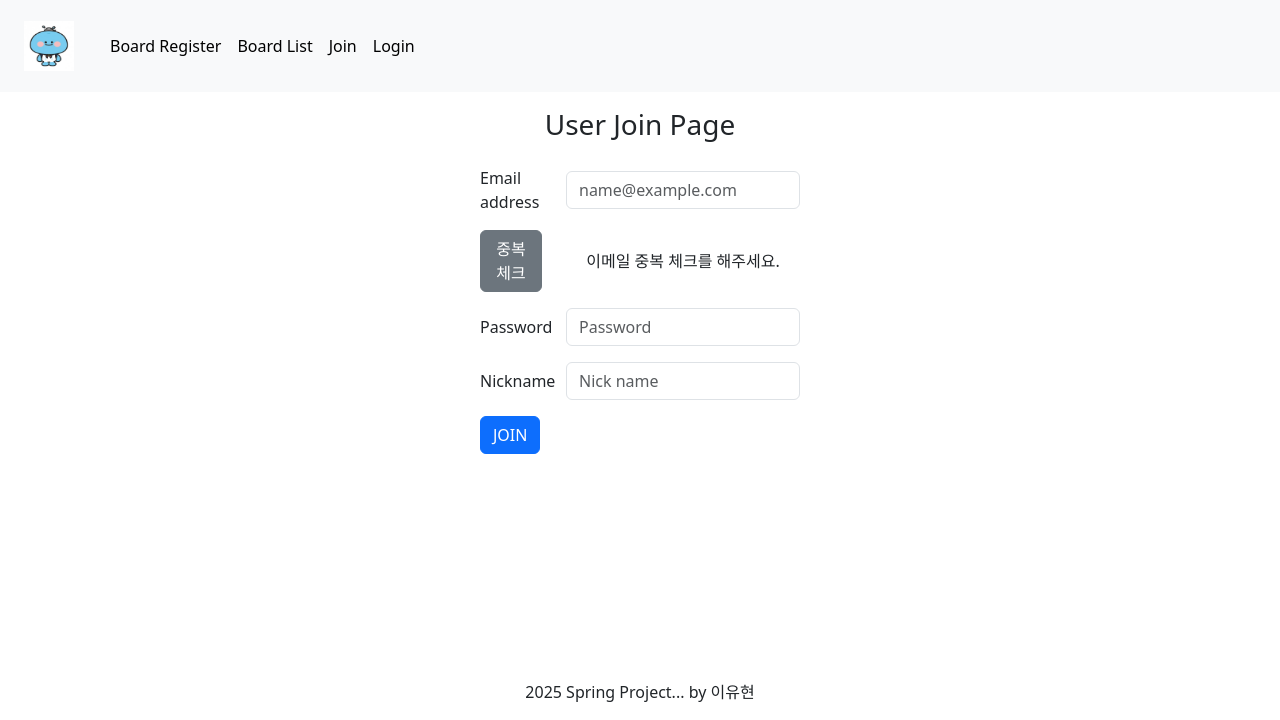
Repository: LeeYouHyeon/6.Spring
Page: http://localhost/spring_project/WEB-INF/views/user/register.jsp
An editor plug-in stored every save of this project. The page is shown before and after the next save, followed by the edit.
The browser window is 1280 px wide. The pictures show the whole page.
The page is served by Tomcat 9. Nobody is signed in. Other server files are loaded and not shown. The template is opened directly, without the code that normally fills it, so the values that code supplies are empty.

Above is the page before, as saved 2025-06-10 06:37:12.

### spring_project/src/main/webapp/WEB-INF/views/user/register.jsp
<%@ page language="java" contentType="text/html; charset=UTF-8" pageEncoding="UTF-8"%>
<%@ include file="../layout/header.jsp"%>
<%@ taglib uri="http://java.sun.com/jsp/jstl/core" prefix="c"%>

<div class="w-25 mt-3 mx-auto">
	<form action="/user/register" method="post" class="container mt-3 px-0">
		<h3 class="text-center">User Join Page</h3>
		<div class="mt-4 mb-3 row align-items-center">
			<div class="col-3">Email address</div>
			<div class="col-9">
				<input type="text"
					class="form-control"
					id="email"
					name="email"
					placeholder="name@example.com"
					required>
			</div>
		</div>
		<div class="mb-3 row align-items-center">
			<div class="col-3">
				<button type="button" id="emailCheckBtn" class="btn btn-secondary">중복 체크</button>
			</div>
			<div class="col-9 text-center" id="emailCheckStmt">이메일 중복 체크를 해주세요.</div>
		</div>
		<div class="mb-3 row align-items-center">
			<div class="col-3">Password</div>
			<div class="col-9">
				<input type="text"
					class="form-control"
					id="pwd"
					name="pwd"
					placeholder="Password"
					required>
			</div>
		</div>
		<div class="mb-3 row align-items-center">
			<div class="col-3">Nickname</div>
			<div class="col-9">
				<input type="text"
					class="form-control"
					id="nickName"
					name="nickName"
					placeholder="Nick name">
			</div>
		</div>
		<button type="submit" class="btn btn-primary">JOIN</button>
	</form>
</div>

<%@ include file="../layout/footer.jsp"%>

### spring_project/src/main/webapp/WEB-INF/views/layout/header.jsp
<%@ page language="java" contentType="text/html; charset=UTF-8" pageEncoding="UTF-8"%>
<!DOCTYPE html>
<html>
<head>
<meta charset="UTF-8">
<title>Spring Project</title>
<link rel="stylesheet" href="/resources/dist/css/bootstrap.min.css">
<script type="text/javascript" src="/resources/dist/js/bootstrap.bundle.min.js"></script>
</head>
<body>
	<nav class="navbar navbar-expand-lg bg-body-tertiary">
		<div class="container-fluid">
			<nav class="navbar bg-body-tertiary">
				<div class="container">
					<a class="navbar-brand" href="/">
						<img src="/resources/image/logo.jpg" alt="Bootstrap" width="50" height="50">
					</a>
				</div>
			</nav>
			<button class="navbar-toggler"
				type="button"
				data-bs-toggle="collapse"
				data-bs-target="#navbarSupportedContent"
				aria-controls="navbarSupportedContent"
				aria-expanded="false"
				aria-label="Toggle navigation">
				<span class="navbar-toggler-icon"></span>
			</button>
			<div class="collapse navbar-collapse" id="navbarSupportedContent">
				<ul class="navbar-nav me-auto mb-2 mb-lg-0">
					<li class="nav-item"><a class="nav-link active" aria-current="page" href="/board/register">Board Register</a></li>
					<li class="nav-item"><a class="nav-link active" aria-current="page" href="/board/list">Board List</a></li>
					<li class="nav-item"><a class="nav-link active" aria-current="page" href="/user/register">Join</a></li>
					<li class="nav-item"><a class="nav-link active" aria-current="page" href="/user/login">Login</a></li>
				</ul>
			</div>
		</div>
	</nav>

### spring_project/src/main/webapp/WEB-INF/views/layout/footer.jsp
<%@ page language="java" contentType="text/html; charset=UTF-8"
	pageEncoding="UTF-8"%>

<div class="position-absolute start-50 top-100 pb-3"
	style="transform: translate(-50%, -100%);">2025 Spring Project... by 이유현</div>
</body>
</html>

Loaded but not shown: spring_project/src/main/webapp/resources/dist/css/bootstrap.min.css (library); spring_project/src/main/webapp/resources/dist/js/bootstrap.bundle.min.js (library)

After the next save:
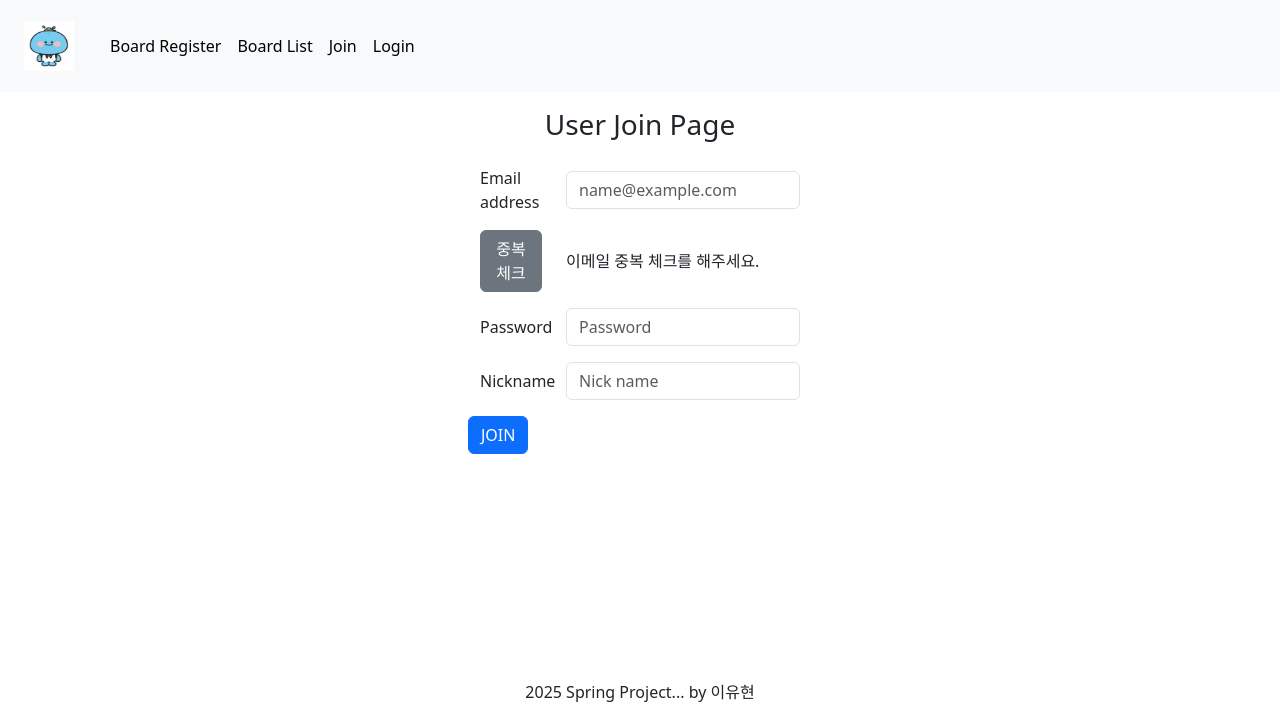
Saved 22 s later.
--- a/spring_project/src/main/webapp/WEB-INF/views/user/register.jsp
+++ b/spring_project/src/main/webapp/WEB-INF/views/user/register.jsp
@@ -20,7 +20,7 @@
 			<div class="col-3">
 				<button type="button" id="emailCheckBtn" class="btn btn-secondary">중복 체크</button>
 			</div>
-			<div class="col-9 text-center" id="emailCheckStmt">이메일 중복 체크를 해주세요.</div>
+			<div class="col-9" id="emailCheckStmt">이메일 중복 체크를 해주세요.</div>
 		</div>
 		<div class="mb-3 row align-items-center">
 			<div class="col-3">Password</div>
@@ -43,7 +43,7 @@
 					placeholder="Nick name">
 			</div>
 		</div>
-		<button type="submit" class="btn btn-primary">JOIN</button>
+		<button type="submit" class="btn btn-primary row">JOIN</button>
 	</form>
 </div>
 
